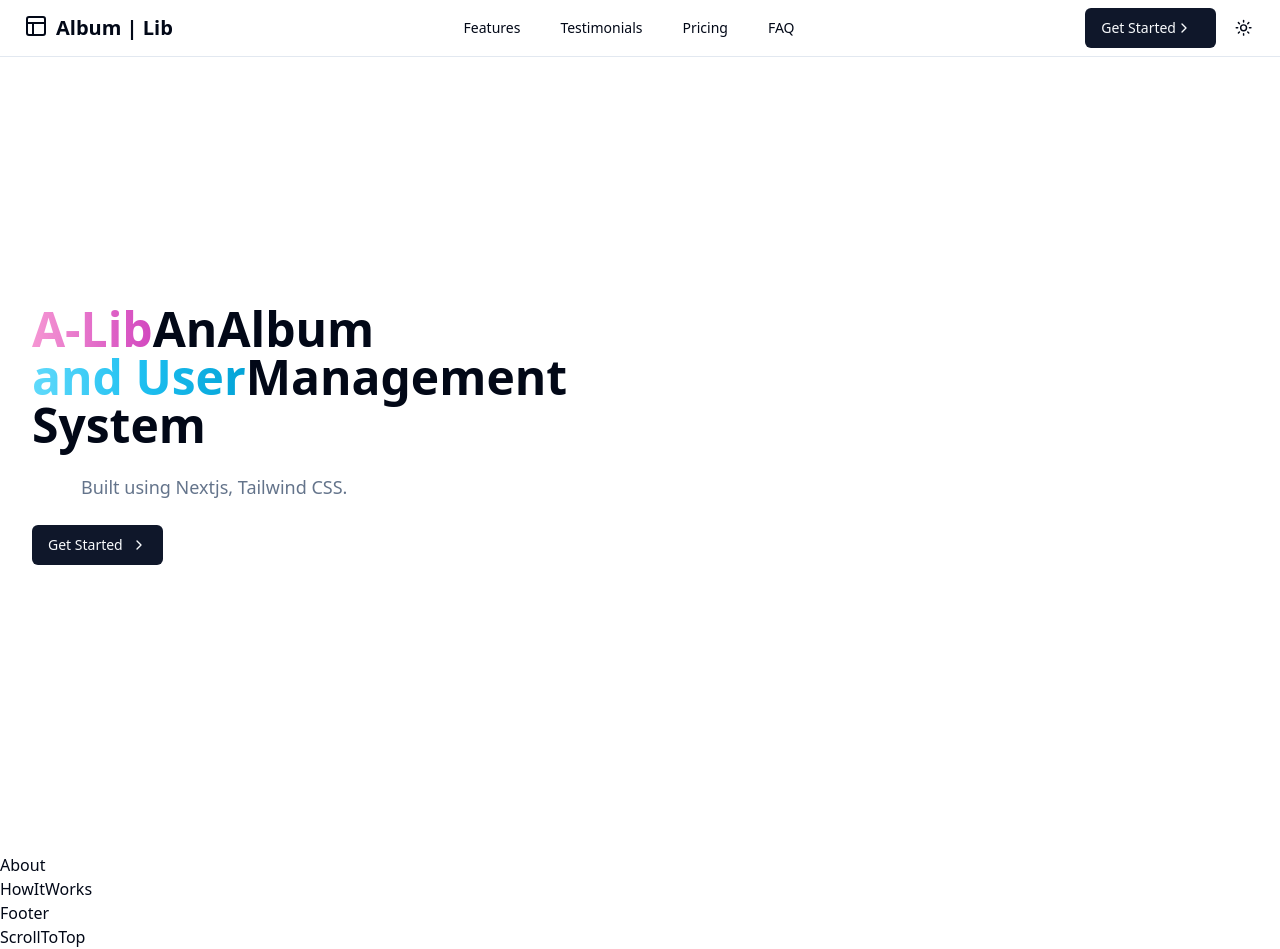
Repository: DevLaukey/savannah-informatics-test
Page: /
These files come from the project's save history. The page is drawn as it stood at one moment and after the next save; the edit follows.
The browser window is 1280 px wide. The pictures show the whole page.
Pictures or frames that could not be fetched are drawn as grey boxes. The project was rebuilt for these pictures with package versions that can differ from the ones it lists, and the page was loaded fresh each time. The framework's server and built-in components were replaced by stand-ins that run in the browser. Also part of the build but not shown: next.config.mjs.

Above is the page before, as saved 2024-06-04 22:04:42.

After the next save:
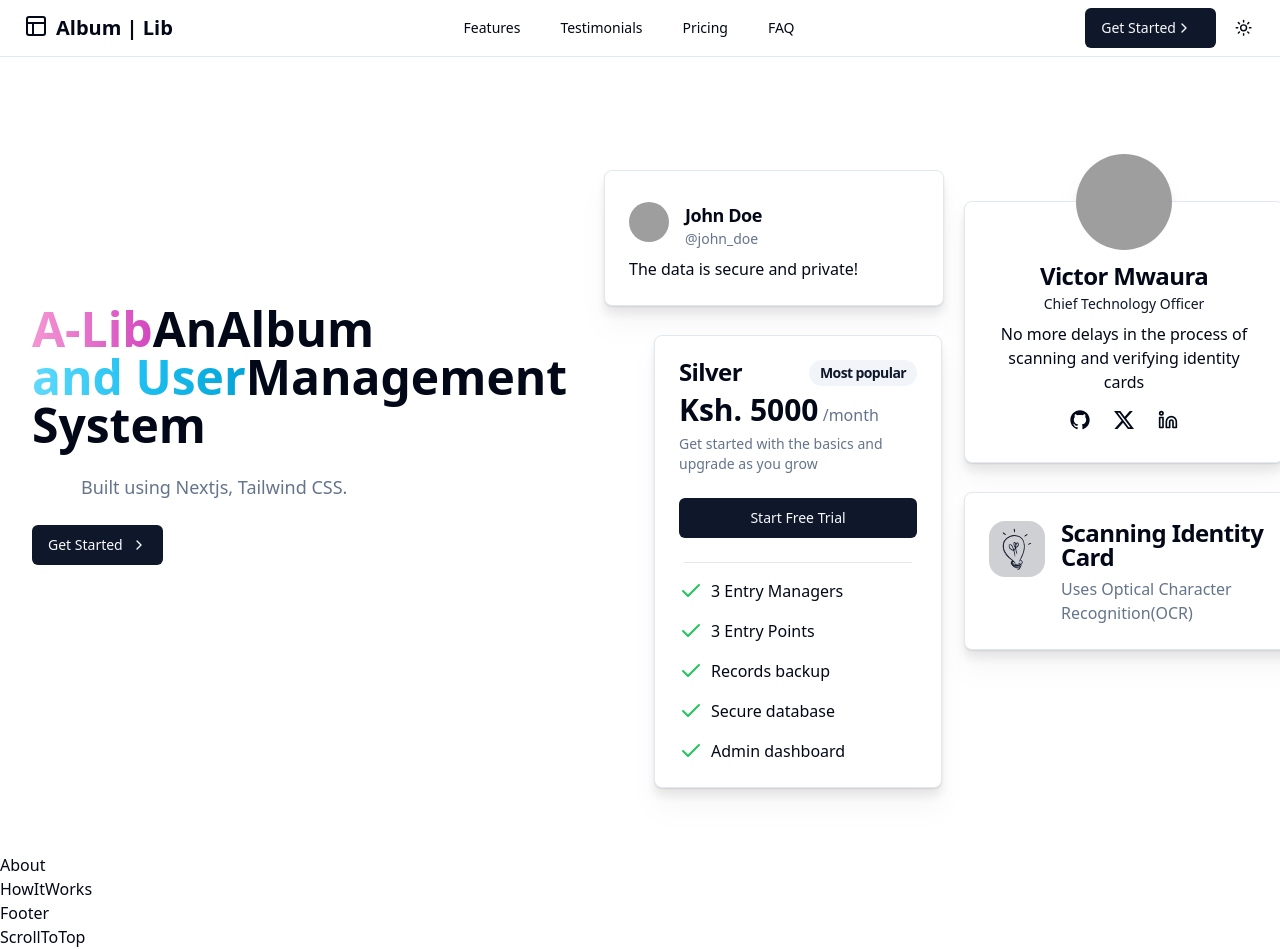
Saved 13 s later.
--- a/components/landing-page/HeroCards.jsx
+++ b/components/landing-page/HeroCards.jsx
@@ -17,7 +17,7 @@ export const HeroCards = () => {
   return (
     <div className="hidden lg:flex flex-row flex-wrap gap-8 relative w-[700px] h-[500px]">
       {/* Testimonial */}
-      {/* <Card className="absolute w-[340px] -top-[15px] drop-shadow-xl shadow-black/10 dark:shadow-white/10">
+      <Card className="absolute w-[340px] -top-[15px] drop-shadow-xl shadow-black/10 dark:shadow-white/10">
         <CardHeader className="flex flex-row items-center gap-4 pb-2">
           <Avatar>
             <AvatarImage alt="" src="https://github.com/shadcn.png" />
@@ -31,10 +31,10 @@ export const HeroCards = () => {
         </CardHeader>
 
         <CardContent>The data is secure and private!</CardContent>
-      </Card> */}
+      </Card>
 
       {/* Team */}
-      {/* <Card className="absolute right-[20px] top-4 w-80 flex flex-col justify-center items-center drop-shadow-xl shadow-black/10 dark:shadow-white/10">
+      <Card className="absolute right-[20px] top-4 w-80 flex flex-col justify-center items-center drop-shadow-xl shadow-black/10 dark:shadow-white/10">
         <CardHeader className="mt-8 flex justify-center items-center pb-2">
           <img
             src="https://avatars.githubusercontent.com/u/63729244?s=400&u=e2bde62a1ba395f12dba8fe5ff52ba5f15a8755e&v=4"
@@ -100,10 +100,10 @@ export const HeroCards = () => {
             </a>
           </div>
         </CardFooter>
-      </Card> */}
+      </Card>
 
       {/* Pricing */}
-      {/* <Card className="absolute top-[150px] left-[50px] w-72  drop-shadow-xl shadow-black/10 dark:shadow-white/10">
+      <Card className="absolute top-[150px] left-[50px] w-72  drop-shadow-xl shadow-black/10 dark:shadow-white/10">
         <CardHeader>
           <CardTitle className="flex item-center justify-between">
             Silver
@@ -143,10 +143,10 @@ export const HeroCards = () => {
             ))}
           </div>
         </CardFooter>
-      </Card> */}
+      </Card>
 
       {/* Service */}
-      {/* <Card className="absolute w-[350px] -right-[10px] bottom-[35px] drop-shadow-xl shadow-black/10 dark:shadow-white/10">
+      <Card className="absolute w-[350px] -right-[10px] bottom-[35px] drop-shadow-xl shadow-black/10 dark:shadow-white/10">
         <CardHeader className="space-y-1 flex md:flex-row justify-start items-start gap-4">
           <div className="mt-1 bg-primary/20 p-1 rounded-2xl">
             <LightBulbIcon />
@@ -158,7 +158,7 @@ export const HeroCards = () => {
             </CardDescription>
           </div>
         </CardHeader>
-      </Card> */}
+      </Card>
     </div>
   );
 };
